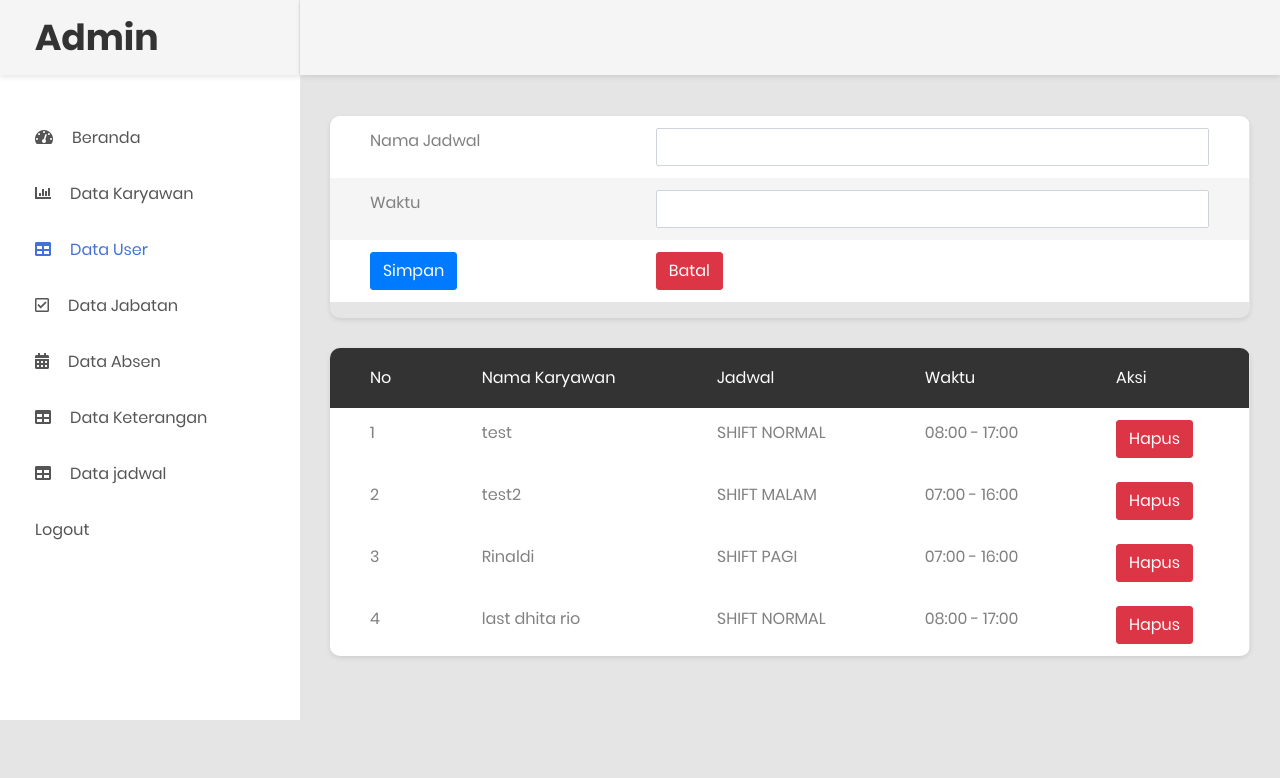
Repository: naldi23bob/Absen2
Page: http://localhost/datajadwal.php
The author's editor kept a copy of each file at every save. The page is drawn from the files as they stood at one save, then again after the next save.
The browser window is 1280 px wide. The pictures show the whole page.
The page is run by PHP 8.4 with error messages shown; the project is at /var/www/html/. The session is filled in as if someone had signed in: {"idsi": 2, "namasi": "admin", "ttlsi": 1, "jenkelsi": 1, "agamasi": 1, "alamatsi": 1, "teleponsi": 1, "jabatansi": 1, "schedulesi": 1, "fotosi": 1, "username": "admin"}. The database holds what the project's SQL file puts in it.

Above is the page before, as saved 2023-07-23 15:56:51.

After the next save:
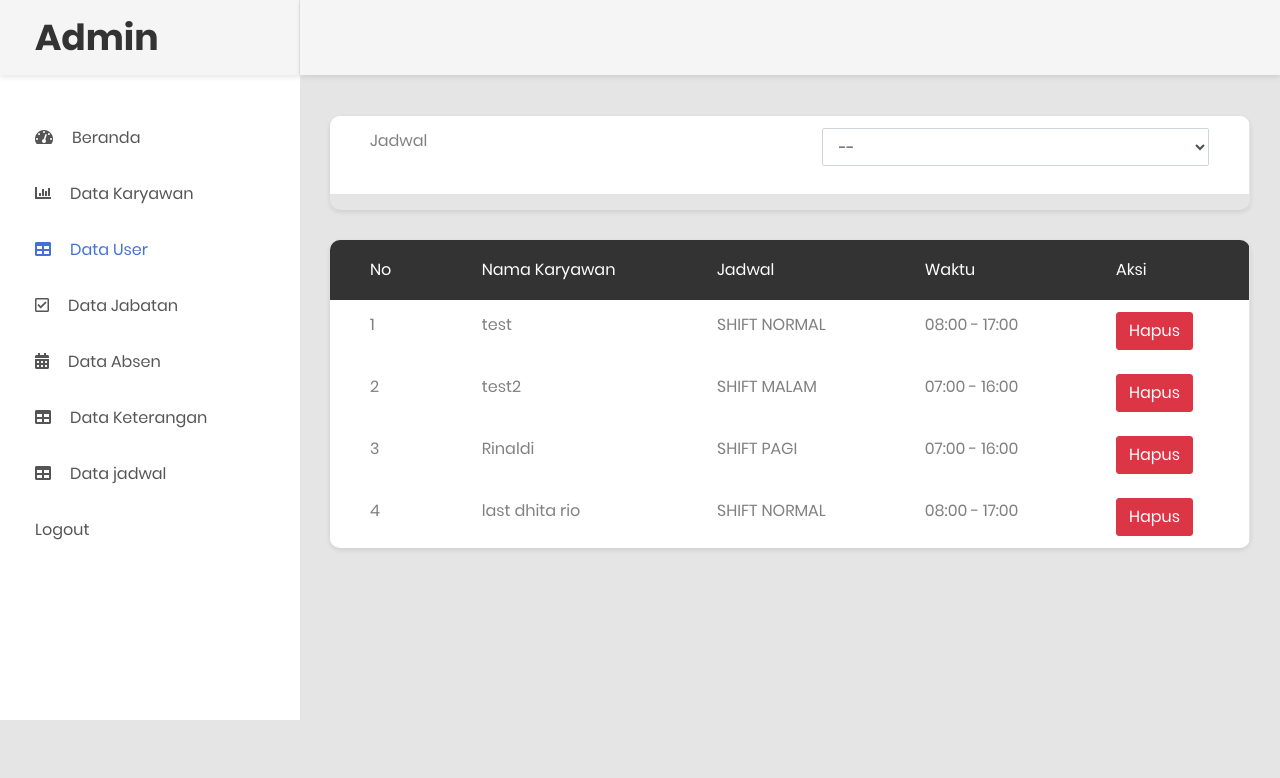
Saved 4 min 59 s later.
--- a/datajadwal.php
+++ b/datajadwal.php
@@ -195,7 +195,22 @@ error_reporting(0);
                                 <table class="table table-borderless table-striped table-earning" >
 
                                         <tbody>
-
+                                        <td>Jadwal</td>
+                                                <td>
+                                                    <div class="form-group">
+                                                    <select class="form-control" required="tb_schedule" name="">
+                                                        <option>--</option>
+                                                        <option>1</option>
+                                                        <option>2</option>
+                                                        <option>3</option>
+                                                        <option>4</option>
+                                                        <option>5</option>
+                                                        <option>6</option>
+                                                    </select>
+                                                    </div>
+
+                                                </td>
+<!--
 
                                             <tr>
                                                 <td>Nama Jadwal</td>
@@ -221,7 +236,7 @@ error_reporting(0);
                                                 <td><button type="submit" name="simpan" class="btn btn-primary">Simpan</button></td>
                                                 <td><input type="reset" name="" value="Batal" class="btn btn-danger"></td>
                                             </tr>
-
+                                             -->
                                       </tbody>
                                     </table>
                                         </div>
